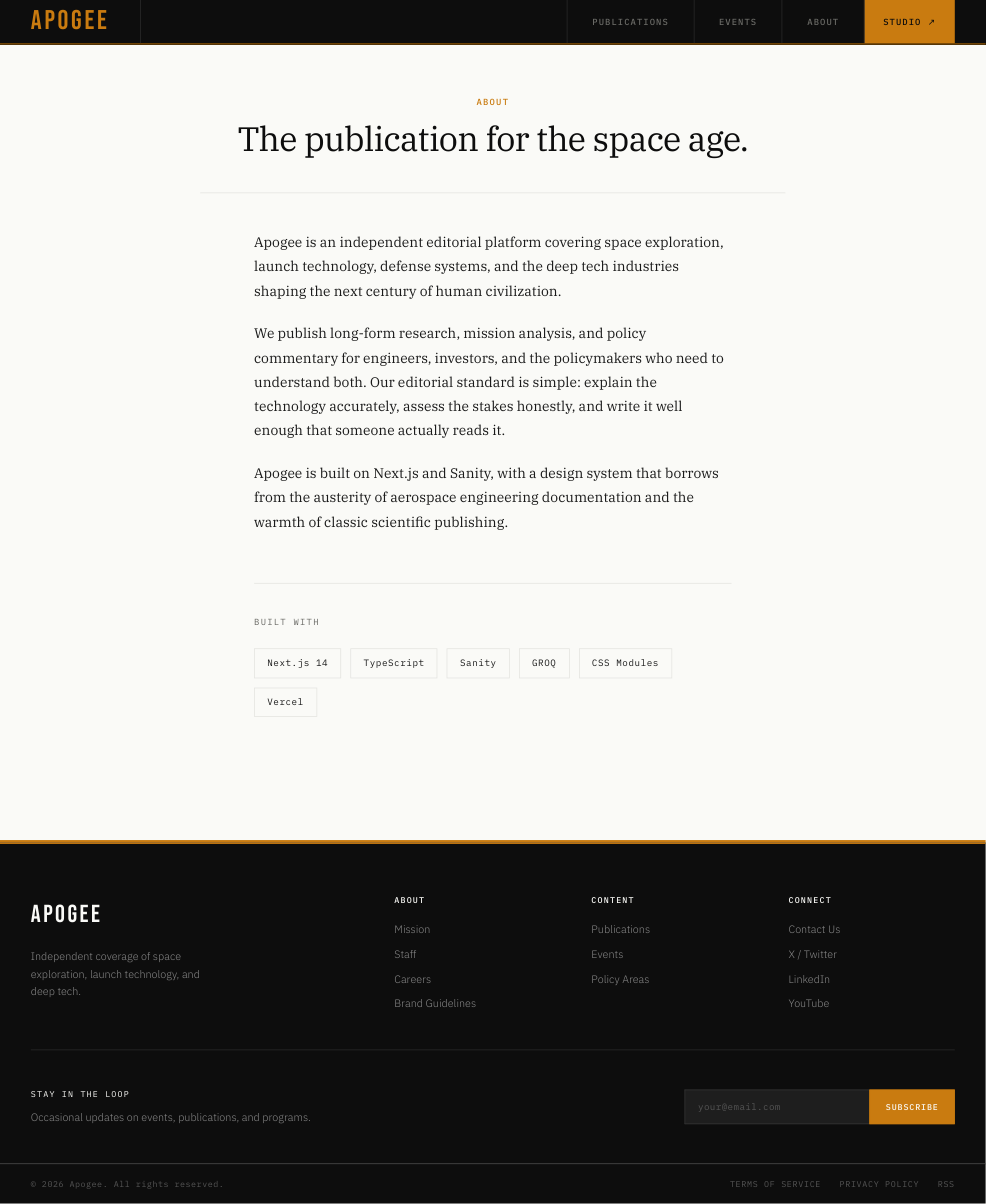
Repository: aricmoore/apogee
Page: /about
These files come from the project's save history. The page is drawn as it stood at one moment and after the next save; the edit follows.
The browser window is 1280 px wide. The pictures show the whole page, at 77% of full size.
The project was rebuilt for these pictures with package versions that can differ from the ones it lists, and the page was loaded fresh each time. The framework's server and built-in components were replaced by stand-ins that run in the browser. Also part of the build but not shown: next.config.ts.

Above is the page before, as saved 2026-04-12 20:43:32.

### src/app/layout.tsx
import type { Metadata } from 'next'
import '@/app/globals.css'
import Nav from '@/components/Nav'
import Footer from '@/components/Footer'

export const metadata: Metadata = {
  title: 'Apogee',
  description: 'Space & Deep Tech',
}

export default function RootLayout({ children }: { children: React.ReactNode }) {
  return (
    <html lang="en">
      <body>
        <Nav />
        <main>{children}</main>
        <Footer />
      </body>
    </html>
  )
}

### src/app/about/page.tsx
import styles from './page.module.css'

export default function AboutPage() {
  return (
    <div className={styles.page}>
      <div className="container">
        <div className={styles.header}>
          <span className={styles.label}>About</span>
          <h1 className={styles.title}>The publication for the space age.</h1>
        </div>
        <div className={styles.body}>
          <p>Apogee is an independent editorial platform covering space exploration, launch technology, defense systems, and the deep tech industries shaping the next century of human civilization.</p>
          <p>We publish long-form research, mission analysis, and policy commentary for engineers, investors, and the policymakers who need to understand both. Our editorial standard is simple: explain the technology accurately, assess the stakes honestly, and write it well enough that someone actually reads it.</p>
          <p>Apogee is built on Next.js and Sanity, with a design system that borrows from the austerity of aerospace engineering documentation and the warmth of classic scientific publishing.</p>
        </div>
        <div className={styles.stack}>
          <span className={styles.stackLabel}>Built with</span>
          <div className={styles.stackGrid}>
            {['Next.js 14', 'TypeScript', 'Sanity', 'GROQ', 'CSS Modules', 'Vercel'].map(item => (
              <div key={item} className={styles.stackItem}>{item}</div>
            ))}
          </div>
        </div>
      </div>
    </div>
  )
}

### src/app/globals.css
@import url('https://fonts.googleapis.com/css2?family=Bebas+Neue&family=IBM+Plex+Serif:ital,wght@0,400;0,500;1,400&family=IBM+Plex+Mono:wght@400;500&family=IBM+Plex+Sans:wght@300;400;500;600&display=swap');

:root {
  --amber:       #C97B10;
  --amber-light: #E8960A;
  --amber-dim:   #7A4A05;
  --black:       #0D0D0D;
  --white:       #FAFAF7;
  --stone:       #C8C8C4;
  --ink:         #1A1A1A;
  --muted:       #6A6A66;
  --faint:       #E4E4E0;
  --bg:          #FAFAF7;
  --accent:      #C97B10;

  --font-display: 'Bebas Neue', 'Arial Narrow', sans-serif;
  --font-serif:   'IBM Plex Serif', Georgia, serif;
  --font-mono:    'IBM Plex Mono', 'Courier New', monospace;
  --font-sans:    'IBM Plex Sans', system-ui, sans-serif;

  --text-xs:   0.75rem;
  --text-sm:   0.875rem;
  --text-base: 1rem;
  --text-lg:   1.125rem;
  --text-xl:   1.25rem;
  --text-2xl:  1.5rem;
  --text-3xl:  2rem;
  --text-4xl:  2.75rem;
  --text-5xl:  3.5rem;
  --text-6xl:  5rem;
  --text-7xl:  7rem;

  --space-1:  0.25rem;
  --space-2:  0.5rem;
  --space-3:  0.75rem;
  --space-4:  1rem;
  --space-5:  1.25rem;
  --space-6:  1.5rem;
  --space-8:  2rem;
  --space-10: 2.5rem;
  --space-12: 3rem;
  --space-16: 4rem;
  --space-20: 5rem;
  --space-24: 6rem;

  --max-w:         1280px;
  --leading-tight: 1.0;
  --leading-snug:  1.25;
  --leading-body:  1.72;
  --measure:       66ch;
  --ease:          cubic-bezier(0.16, 1, 0.3, 1);
}

*, *::before, *::after { box-sizing: border-box; margin: 0; padding: 0; }

html { font-size: 16px; -webkit-font-smoothing: antialiased; -moz-osx-font-smoothing: grayscale; }

body {
  background: var(--bg);
  color: var(--ink);
  font-family: var(--font-sans);
  font-size: var(--text-base);
  line-height: var(--leading-body);
  font-weight: 400;
}

a { color: inherit; text-decoration: none; }
img { display: block; max-width: 100%; }
button { cursor: pointer; border: none; background: none; font: inherit; }

.container {
  width: 100%;
  max-width: var(--max-w);
  margin: 0 auto;
  padding: 0 var(--space-10);
}

.label {
  font-family: var(--font-mono);
  font-size: 0.72rem;
  font-weight: 500;
  letter-spacing: 0.12em;
  text-transform: uppercase;
  color: var(--muted);
}

.rule        { border: none; border-top: 1px solid var(--faint); }
.rule--heavy { border-top: 2px solid var(--black); }

### src/components/Nav.tsx
import Link from 'next/link'
import styles from './Nav.module.css'

export default function Nav() {
  return (
    <header className={styles.header}>
      <div className={styles.inner}>
        <Link href="/" className={styles.wordmark}>
          Apogee
        </Link>
        <nav className={styles.links} aria-label="Main navigation">
          <Link href="/" className={styles.link}>Publications</Link>
          <Link href="/events" className={styles.link}>Events</Link>
          <Link href="/about" className={styles.link}>About</Link>
          <Link href="/studio" className={styles.studio}>Studio ↗</Link>
        </nav>
      </div>
    </header>
  )
}

### src/components/Footer.tsx
import Link from 'next/link'
import styles from './Footer.module.css'

export default function Footer() {
  return (
    <footer className={styles.footer}>
      <div className={styles.top}>
        <div className="container">
          <div className={styles.grid}>
            <div className={styles.brand}>
              <span className={styles.wordmark}>Apogee</span>
              <p className={styles.tagline}>Independent coverage of space exploration, launch technology, and deep tech.</p>
            </div>
            <div className={styles.col}>
              <span className={styles.colLabel}>About</span>
              <Link href="/about" className={styles.colLink}>Mission</Link>
              <Link href="/" className={styles.colLink}>Staff</Link>
              <Link href="/" className={styles.colLink}>Careers</Link>
              <Link href="/" className={styles.colLink}>Brand Guidelines</Link>
            </div>
            <div className={styles.col}>
              <span className={styles.colLabel}>Content</span>
              <Link href="/" className={styles.colLink}>Publications</Link>
              <Link href="/events" className={styles.colLink}>Events</Link>
              <Link href="/" className={styles.colLink}>Policy Areas</Link>
            </div>
            <div className={styles.col}>
              <span className={styles.colLabel}>Connect</span>
              <Link href="/" className={styles.colLink}>Contact Us</Link>
              <Link href="/" className={styles.colLink}>X / Twitter</Link>
              <Link href="/" className={styles.colLink}>LinkedIn</Link>
              <Link href="/" className={styles.colLink}>YouTube</Link>
            </div>
          </div>

          <div className={styles.subscribe}>
            <span className={styles.subscribeLabel}>Stay in the loop</span>
            <p className={styles.subscribeSub}>Occasional updates on events, publications, and programs.</p>
            <div className={styles.subscribeForm}>
              <input
                type="email"
                placeholder="your@email.com"
                className={styles.input}
                aria-label="Email address"
              />
              <button className={styles.subscribeBtn}>Subscribe</button>
            </div>
          </div>
        </div>
      </div>

      <div className={styles.bottom}>
        <div className="container">
          <div className={styles.bottomInner}>
            <span className={styles.copy}>© 2026 Apogee. All rights reserved.</span>
            <div className={styles.bottomLinks}>
              <Link href="/" className={styles.bottomLink}>Terms of Service</Link>
              <Link href="/" className={styles.bottomLink}>Privacy Policy</Link>
              <Link href="/" className={styles.bottomLink}>RSS</Link>
            </div>
          </div>
        </div>
      </div>
    </footer>
  )
}

### src/app/about/page.module.css
.page {
  padding: var(--space-16) 0 var(--space-24);
}

.header {
  max-width: 760px;
  margin: 0 auto var(--space-12);
  text-align: center;
  padding-bottom: var(--space-12);
  border-bottom: 1px solid var(--faint);
}

.label {
  font-family: var(--font-mono);
  font-size: 0.72rem;
  font-weight: 500;
  letter-spacing: 0.14em;
  text-transform: uppercase;
  color: var(--amber);
  display: block;
  margin-bottom: var(--space-4);
}

.title {
  font-family: var(--font-serif);
  font-size: var(--text-4xl);
  font-weight: 400;
  line-height: var(--leading-tight);
  letter-spacing: -0.02em;
  color: var(--black);
}

.body {
  max-width: 620px;
  margin: 0 auto var(--space-16);
  font-family: var(--font-serif);
  font-size: var(--text-lg);
  line-height: 1.75;
  color: var(--ink);
}

.body p {
  margin-bottom: var(--space-6);
}

.stack {
  max-width: 620px;
  margin: 0 auto;
  padding-top: var(--space-10);
  border-top: 1px solid var(--faint);
}

.stackLabel {
  font-family: var(--font-mono);
  font-size: 0.72rem;
  letter-spacing: 0.14em;
  text-transform: uppercase;
  color: var(--muted);
  display: block;
  margin-bottom: var(--space-6);
}

.stackGrid {
  display: flex;
  flex-wrap: wrap;
  gap: var(--space-3);
}

.stackItem {
  font-family: var(--font-mono);
  font-size: 0.75rem;
  letter-spacing: 0.06em;
  color: var(--ink);
  border: 1px solid var(--faint);
  padding: var(--space-2) var(--space-4);
  transition: border-color 0.15s, color 0.15s;
}

.stackItem:hover {
  border-color: var(--amber);
  color: var(--amber);
}

### src/components/Nav.module.css
.header {
  position: sticky;
  top: 0;
  z-index: 100;
  background: var(--black);
  border-bottom: 2px solid var(--amber-dim);
}

.inner {
  display: flex;
  align-items: stretch;
  justify-content: space-between;
  min-height: 56px;
  max-width: var(--max-w);
  margin: 0 auto;
  padding: 0 var(--space-10);
}

.wordmark {
  display: flex;
  align-items: center;
  font-family: var(--font-display);
  font-size: 2.2rem;
  letter-spacing: 0.1em;
  color: var(--amber);
  padding-right: var(--space-10);
  border-right: 1px solid #2a2a2a;
  transition: color 0.15s;
  line-height: 1;
  white-space: nowrap;
}

.wordmark:hover { color: var(--amber-light); }

.links {
  display: flex;
  align-items: stretch;
}

.link {
  display: flex;
  align-items: center;
  font-family: var(--font-mono);
  font-size: 0.72rem;
  font-weight: 500;
  letter-spacing: 0.12em;
  text-transform: uppercase;
  color: var(--muted);
  padding: 0 var(--space-8);
  border-left: 1px solid #2a2a2a;
  transition: color 0.15s;
  white-space: nowrap;
}

.link:hover { color: var(--amber-light); }

.studio {
  display: flex;
  align-items: center;
  font-family: var(--font-mono);
  font-size: 0.72rem;
  font-weight: 500;
  letter-spacing: 0.12em;
  text-transform: uppercase;
  color: var(--black);
  background: var(--amber);
  padding: 0 var(--space-6);
  border-left: 1px solid #2a2a2a;
  transition: background 0.15s;
  white-space: nowrap;
}

.studio:hover { background: var(--amber-light); }

/* Tablet */
@media (max-width: 900px) {
  .inner { padding: 0 var(--space-6); }
  .link { padding: 0 var(--space-5); font-size: 0.66rem; }
  .studio { padding: 0 var(--space-4); }
  .wordmark { font-size: 1.8rem; padding-right: var(--space-6); }
}

/* Mobile — hide text links, keep wordmark + studio only */
@media (max-width: 600px) {
  .inner { padding: 0 var(--space-5); min-height: 52px; }
  .wordmark {
    font-size: 1.6rem;
    padding-right: var(--space-5);
    border-right: 1px solid #2a2a2a;
  }
  .link { display: none; }
  .studio {
    padding: 0 var(--space-5);
    font-size: 0.65rem;
  }
}

### src/components/Footer.module.css
.footer {
  border-top: 3px solid var(--amber);
  margin-top: var(--space-16);
}

.top {
  background: var(--black);
  padding: var(--space-16) 0 var(--space-12);
	border-top: 2px solid var(--amber);
}

.grid {
  display: grid;
  grid-template-columns: 2fr 1fr 1fr 1fr;
  gap: var(--space-10);
  margin-bottom: var(--space-12);
  padding-bottom: var(--space-12);
  border-bottom: 1px solid #2a2a2a;
}

.brand {}

.wordmark {
  font-family: var(--font-display);
  font-size: 2rem;
  letter-spacing: 0.1em;
  color: var(--white);
  display: block;
  margin-bottom: var(--space-4);
}

.tagline {
  font-family: var(--font-sans);
  font-size: var(--text-sm);
  font-weight: 300;
  line-height: 1.6;
  color: #888;
  max-width: 28ch;
}

.col {
  display: flex;
  flex-direction: column;
  gap: var(--space-2);
}

.colLabel {
  font-family: var(--font-mono);
  font-size: 0.68rem;
  font-weight: 500;
  letter-spacing: 0.14em;
  text-transform: uppercase;
  color: var(--white);
  margin-bottom: var(--space-2);
}

.colLink {
  font-family: var(--font-sans);
  font-size: var(--text-sm);
  font-weight: 300;
  color: #888;
  transition: color 0.15s;
}

.colLink:hover { color: var(--amber); }

/* Subscribe */
.subscribe {
  display: grid;
  grid-template-columns: 1fr auto;
  grid-template-rows: auto auto;
  gap: var(--space-2) var(--space-8);
  align-items: center;
}

.subscribeLabel {
  font-family: var(--font-mono);
  font-size: 0.68rem;
  letter-spacing: 0.14em;
  text-transform: uppercase;
  color: var(--white);
  grid-column: 1;
}

.subscribeSub {
  font-family: var(--font-sans);
  font-size: var(--text-sm);
  font-weight: 300;
  color: #888;
  grid-column: 1;
}

.subscribeForm {
  display: flex;
  grid-column: 2;
  grid-row: 1 / 3;
  align-self: center;
}

.input {
  font-family: var(--font-mono);
  font-size: 0.75rem;
  letter-spacing: 0.04em;
  background: #1e1e1e;
  border: 1px solid #333;
  border-right: none;
  color: var(--white);
  padding: var(--space-3) var(--space-4);
  width: 240px;
  outline: none;
  transition: border-color 0.15s;
}

.input::placeholder { color: #555; }
.input:focus { border-color: var(--amber); }

.subscribeBtn {
  font-family: var(--font-mono);
  font-size: 0.68rem;
  font-weight: 500;
  letter-spacing: 0.1em;
  text-transform: uppercase;
  color: var(--white);
  background: var(--amber);
  border: 1px solid var(--amber);
  padding: var(--space-3) var(--space-5);
  cursor: pointer;
  transition: background 0.15s;
  white-space: nowrap;
}

.subscribeBtn:hover { background: var(--black); border-color: var(--white); }

/* Bottom bar */
.bottom {
  background: var(--black);
  border-top: 1px solid #2a2a2a;
  padding: var(--space-4) 0;
}

.bottomInner {
  display: flex;
  justify-content: space-between;
  align-items: center;
}

.copy {
  font-family: var(--font-mono);
  font-size: 0.68rem;
  letter-spacing: 0.06em;
  color: #555;
}

.bottomLinks {
  display: flex;
  gap: var(--space-6);
}

.bottomLink {
  font-family: var(--font-mono);
  font-size: 0.68rem;
  letter-spacing: 0.08em;
  text-transform: uppercase;
  color: #555;
  transition: color 0.15s;
}

.bottomLink:hover { color: var(--amber); }

@media (max-width: 900px) {
  .grid { grid-template-columns: 1fr 1fr; }
  .subscribe { grid-template-columns: 1fr; }
  .subscribeForm { grid-column: 1; grid-row: auto; }
  .input { width: 100%; }
}

@media (max-width: 500px) {
  .grid { grid-template-columns: 1fr; }
  .bottomInner { flex-direction: column; gap: var(--space-3); align-items: flex-start; }
}

After the next save:
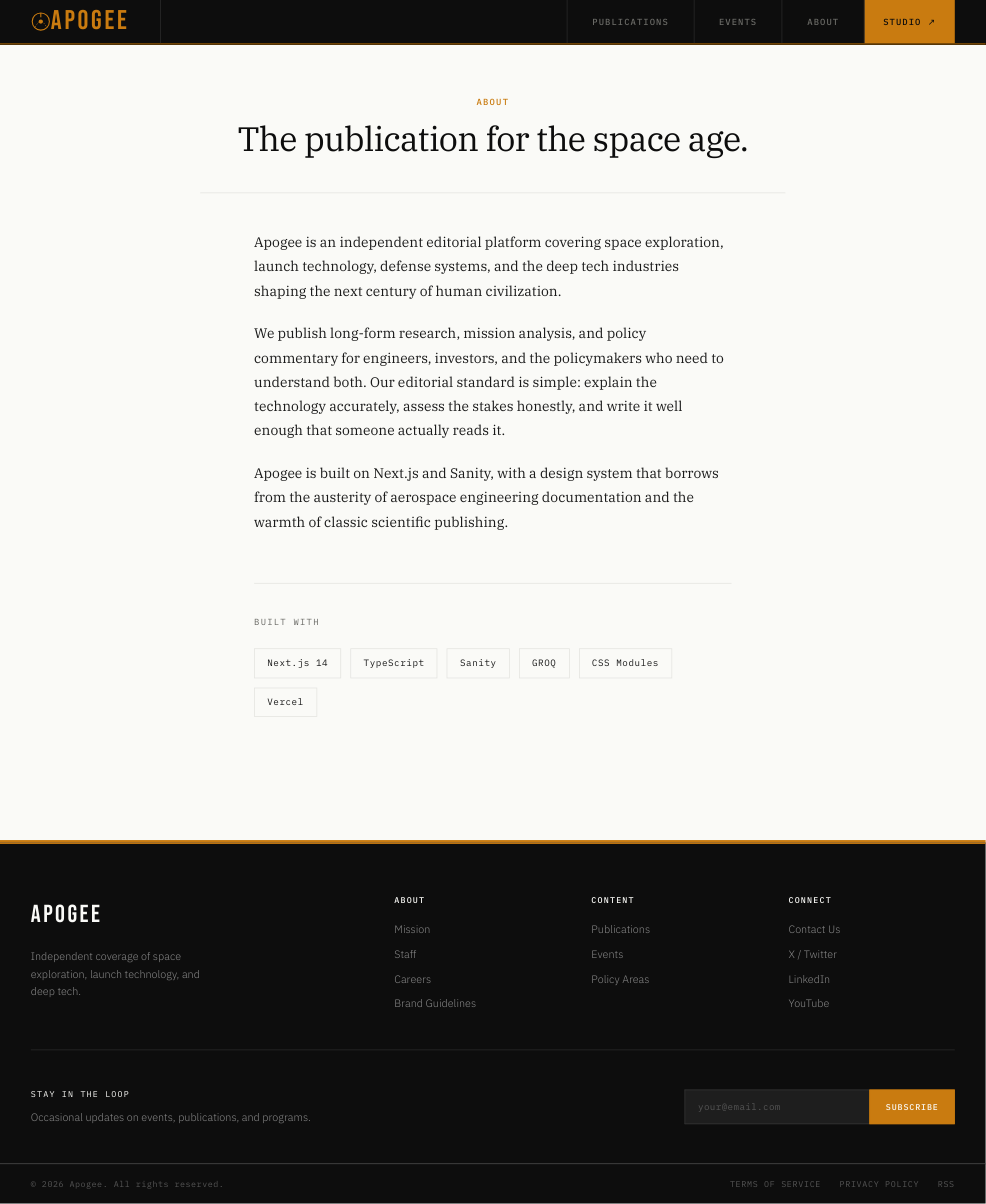
Saved 4 min 8 s later.
--- a/src/components/Nav.tsx
+++ b/src/components/Nav.tsx
@@ -1,12 +1,24 @@
 import Link from 'next/link'
 import styles from './Nav.module.css'
+
+function ApogeeIcon() {
+  return (
+    <svg width="26" height="26" viewBox="0 0 28 28" fill="none" xmlns="http://www.w3.org/2000/svg" aria-hidden="true">
+      <circle cx="14" cy="14" r="12" stroke="#C97B10" strokeWidth="1.5" fill="none"/>
+      <circle cx="14" cy="14" r="3" fill="#C97B10"/>
+      <line x1="14" y1="2" x2="14" y2="8" stroke="#C97B10" strokeWidth="1.5"/>
+      <path d="M 6 22 Q 14 6 22 22" stroke="#C97B10" strokeWidth="1" fill="none" strokeDasharray="2 2"/>
+    </svg>
+  )
+}
 
 export default function Nav() {
   return (
     <header className={styles.header}>
       <div className={styles.inner}>
         <Link href="/" className={styles.wordmark}>
-          Apogee
+          <ApogeeIcon />
+          <span className={styles.wordmarkText}>Apogee</span>
         </Link>
         <nav className={styles.links} aria-label="Main navigation">
           <Link href="/" className={styles.link}>Publications</Link>
